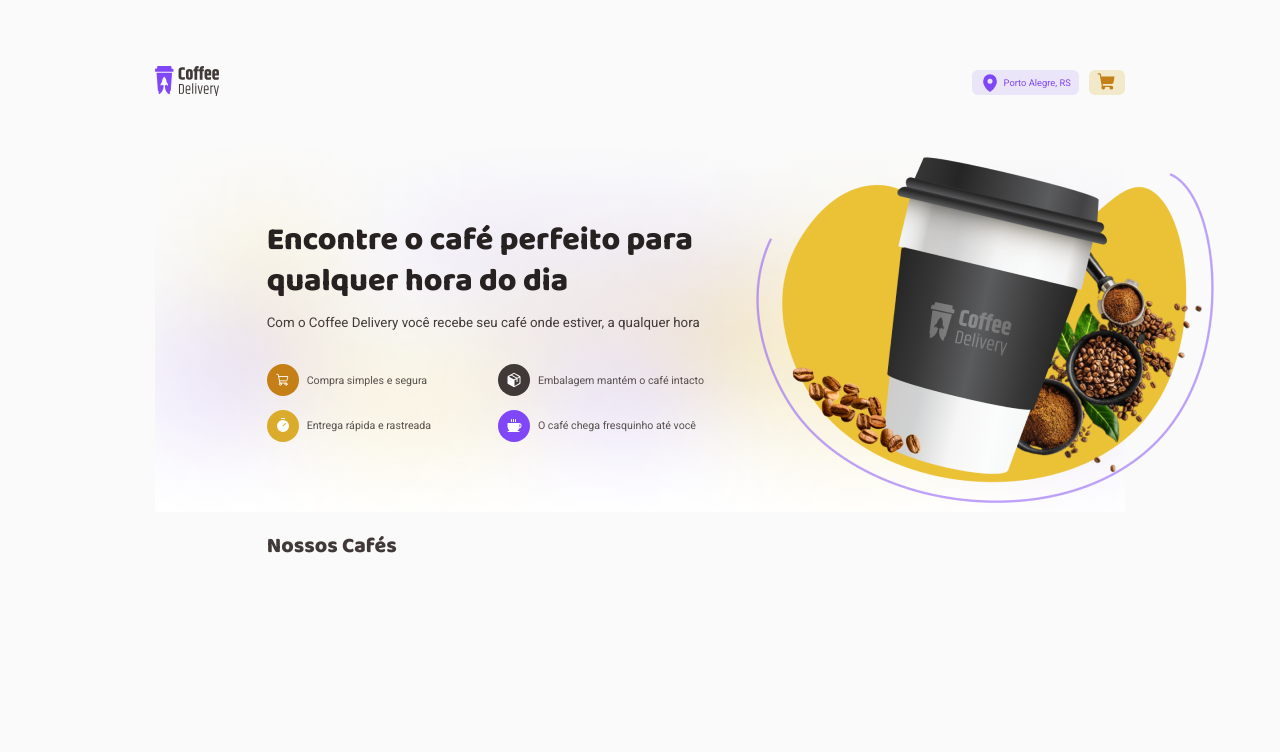
Repository: guilhermecardoso93/react-coffee-delivery
Page: /
The author's editor kept a copy of each file at every save. The page is drawn from the files as they stood at one save, then again after a run of saves.
The browser window is 1280 px wide. The pictures show the whole page.
The project was rebuilt for these pictures with package versions that can differ from the ones it lists, and the page was loaded fresh each time. Also part of the build but not shown: vite.config.ts, src/pages/CompleteOrder/styles.ts, src/pages/CompleteOrder/index.tsx.

Above is the page before, as saved 2022-07-18 08:13:05.

### index.html
<!DOCTYPE html>
<html lang="en">
  <head>
    <meta charset="UTF-8" />
    <link rel="icon" type="image/svg+xml" href="/src/assets/favicon.ico" />
    <link rel="preconnect" href="https://fonts.googleapis.com" />
    <link rel="preconnect" href="https://fonts.gstatic.com" crossorigin />
    <meta name="viewport" content="width=device-width, initial-scale=1.0" />
    <link
      href="https://fonts.googleapis.com/css2?family=Baloo+2:wght@700;800&family=Roboto:wght@400;500;700&display=swap"
      rel="stylesheet"
    />
    <title>Coffee Delivery - Rocketseat</title>
  </head>
  <body>
    <div id="root"></div>
    <script type="module" src="/src/main.tsx"></script>
  </body>
</html>

### src/App.tsx
import { ThemeProvider } from "styled-components";
import { defaultTheme } from "./styles/themes/default";
import { GlobalStyle } from "./styles/global";
import { Router } from "./Router";
import { BrowserRouter } from "react-router-dom";

export function App() {
  return (
    <ThemeProvider theme={defaultTheme}>
      <BrowserRouter>
        <Router />
        <GlobalStyle />
      </BrowserRouter>
    </ThemeProvider>
  );
}

### src/styles/themes/default.ts
export const defaultTheme = {
  colors: {
    "white": "#FFFFFF",
    "base-background": "#FAFAFA",
    "base-card": "#F3F2F2",
    "base-input": "#EDEDED",
    "base-button": "#E6E5E5",
    "base-hover": "#D7D5D5",
    "base-label": "#8D8686",
    "base-text": "#574F4D",
    "base-subtitle": "#403937",
    "base-title": "#272221",
    "base-error": "#f84747",
    "brand-purple-dark": "#4B2995",
    "brand-purple": "#8047F8",
    "brand-purple-light": "#EBE5F9",
    "brand-yellow-dark": "#C47F17",
    "brand-yellow": "#DBAC2C",
    "brand-yellow-light": "#F1E9C9"
  },
  textSizes: {
    "title-title-xl": "3rem",
    "title-title-l": "2rem",
    "title-title-m": "1.5rem",
    "title-title-s": "1.2rem",
    "title-title-xs": "1.125rem",
    "text-regular-l": "1.25rem",
    "text-bold-l": "1.25rem",
    "text-regular-m": "1rem",
    "text-bold-m": "1rem",
    "text-regular-s": "0.875rem",
    "text-bold-s": "0.75rem",
    "components-tag": "0.625rem",
    "components-button-g": "0.875rem",
    "components-button-s": "0.75rem",
  },
  fonts: {
    regular: "'Roboto'",
    title: "'Baloo 2'",
  },
};

### src/styles/global.ts
import { createGlobalStyle } from "styled-components";
import { px2vw } from "../utils/px2vw";

export const GlobalStyle = createGlobalStyle`
  * {
    margin: 0;
    padding: 0;
    box-sizing: border-box;
    outline: none;
  }
  :root {
      font-size: ${px2vw(16)};

      @media (min-width: 768px) {
        font-size: ${px2vw(14)};
      }

      @media (min-width: 1024px) {
        font-size: ${px2vw(12)};
      }
    }
  body {
    background: ${({ theme }) => theme.colors["base-background"]};
    color: ${({ theme }) => theme.colors["base-text"]};
    -webkit-font-smoothing: antialiased;
  }
  body, input, textarea, button {
    font-family: 'Roboto', sans-serif;
    font-weight: 400;
    font-size: 1rem;
  }
  button {
    cursor: pointer;
  }
  a {
    text-decoration: none;
  }
  input::-webkit-outer-spin-button,
  input::-webkit-inner-spin-button {
    -webkit-appearance: none;
    margin: 0;
  }
  input[type="number"] {
    -moz-appearance: textfield;
  }
  ::-webkit-scrollbar {
    width: 0.4rem;
  }
  ::-webkit-scrollbar-track {
    background: ${({ theme }) => theme.colors["base-button"]}
  }
  ::-webkit-scrollbar-thumb {
    border-radius: 2rem;
    background: ${({ theme }) => theme.colors["brand-purple"]}
  }
`;

### src/Router.tsx
import { Route, Routes } from "react-router-dom";
import { DefaultLayout } from "./layouts/DefaultLayout";
import { CompleteOrder } from "./pages/CompleteOrder";
import { Home } from "./pages/Home";

export function Router() {
  return (
    <Routes>
      <Route path="/" element={<DefaultLayout />}>
        <Route path="/" element={<Home />} />
        <Route path="/completeorder" element={<CompleteOrder />} />
      </Route>
    </Routes>
  );
}

### src/utils/px2vw.ts
export const px2vw = (size: number, width = 1440) => `${(size / width) * 100}vw`;

### src/pages/Home/index.tsx
import { useTheme } from "styled-components";
import { Intro } from "./Intro";
import { Menu } from "./Menu";
import { HomeContainer } from "./styles";

interface BenefitItemProps {
  iconBg?: string;
}

export function Home({ iconBg }: BenefitItemProps) {

  return (
    <HomeContainer>
      <Intro />
      <Menu/>
    </HomeContainer>
  );
}

### src/components/Header/index.tsx
import { MapPin, ShoppingCart } from "phosphor-react";
import { NavLink } from "react-router-dom";
import Logo from "../../assets/logo.svg";
import { HeaderButton, HeaderButtonBase, HeaderContainer } from "./styles";

export function Header() {
  return (
    <HeaderContainer>
      <div>
        <NavLink to="/">
          <img
            src={Logo}
            alt="Coffee Delivery Logo - copo de café escrito delivery"
          />
        </NavLink>
      </div>
      <div>
        <HeaderButton>
          <HeaderButtonBase variant="purple">
            <MapPin size={20} weight="fill" />
            Porto Alegre, RS
          </HeaderButtonBase>
          <HeaderButtonBase variant="yellow">
            <NavLink to="/completeorder">
              <ShoppingCart size={20} weight="fill" />
            </NavLink>
          </HeaderButtonBase>
        </HeaderButton>
      </div>
    </HeaderContainer>
  );
}

### src/layouts/DefaultLayout/styles.ts
import styled from "styled-components";

export const LayoutContainer = styled.div`
  max-width: 80vw;
  height: calc(100vh - 1rem);
  margin: 2rem auto;
  padding: 2.5rem;
  gap: 3rem;

  display: flex;
  flex-direction: column;



  .container {
    width: 100%;
    max-width: 70rem;
    margin-right:auto;
    margin-left: auto;
  }
`;

### src/pages/Home/Intro/index.tsx
import { Coffee, MapPin, Package, ShoppingCart, Timer } from "phosphor-react";
import { RegularText } from "../../../components/Texts";
import { useTheme } from "styled-components";
import CoffeHome from "../../../assets/intro-img.png";
import {
  BenefitsContainer,
  IconList,
  IntroContainer,
  IntroContent,
  IntroTitle,
  CoffeeImgHome
} from "./styles";

interface BenefitItemProps {
  iconBg?: string;
}

export function Intro({ iconBg }: BenefitItemProps) {
  const { colors } = useTheme();

  return (
    <IntroContainer>
      <IntroContent className="container">
        <div>
          <section>
            <IntroTitle size="xl">
              Encontre o café perfeito para qualquer hora do dia
            </IntroTitle>
            <RegularText
              as="h3"
              size="l"
              color="subtitle"
              className="regularText"
            >
              Com o Coffee Delivery você recebe seu café onde estiver, a
              qualquer hora
            </RegularText>
          </section>
          <BenefitsContainer>
            <IconList iconBg={colors["brand-yellow-dark"]} className="area01">
              <div>
                <ShoppingCart size={14} />
              </div>
              <p>Compra simples e segura</p>
            </IconList>
            <IconList iconBg={colors["base-subtitle"]} className="area02">
              <div>
                <Package size={16} weight="fill" />
              </div>
              <p>Embalagem mantém o café intacto</p>
            </IconList>
            <IconList iconBg={colors["brand-yellow"]} className="area03">
              <div>
                <Timer size={16} weight="fill" />
              </div>
              <p>Entrega rápida e rastreada</p>
            </IconList>
            <IconList iconBg={colors["brand-purple"]} className="area04">
              <div>
                <Coffee size={16} weight="fill" />
              </div>
              <p>O café chega fresquinho até você</p>
            </IconList>
          </BenefitsContainer>
        </div>
      </IntroContent>
      <CoffeeImgHome>
        <img src={CoffeHome} />
      </CoffeeImgHome>
    </IntroContainer>
  );
}

### src/pages/Home/Menu/index.tsx
import { TitleText } from "../../../components/Texts";
import { MenuCard } from "../MenuCard";
import { MenuContainer } from "./styles";

export function Menu() {
  return (
    <MenuContainer>
      <TitleText size="l" color="subtitle" className="container">
        Nossos Cafés
      </TitleText>
      <MenuCard/>
    </MenuContainer>
  );
}

### src/pages/Home/styles.ts
import styled from "styled-components";

export const HomeContainer = styled.main`
  margin-bottom: 4.8rem;
  overflow: hidden;

`;

### src/components/Header/styles.ts
import styled, { css } from "styled-components";

export const HeaderContainer = styled.header`
  width: 100%;
  display: flex;
  align-items: center;
  justify-content: space-between;
  height: 6.5rem;
  background: ${({ theme }) => theme.colors["base-background"]};
  position: sticky;
  top: 0;
  left: 0;
  z-index: 5;

  img {
    width:6rem;
  }
`;

export const HeaderButton = styled.div`
  display: flex;
  align-items: center;
  justify-content: center;
  gap: 1rem;
`;

interface HeaderButtonProps {
  variant: "purple" | "yellow";
}

export const HeaderButtonBase = styled.div<HeaderButtonProps>`
  display: flex;
  justify-content: center;
  align-items: center;
  padding: 8px;
  gap: 4px;
  border-radius: 6px;
  border: none;
  min-width: 2.3rem;
  height: 2.3rem;
  position: relative;
  font-size: 0.875rem;

  ${({ variant, theme }) =>
    variant === "purple" &&
    css`
      background-color: ${theme.colors[`brand-${variant}-light`]};
      color: ${theme.colors[`brand-${variant}`]};
    `}

  ${({ variant, theme }) =>
    variant === "yellow" &&
    css`
      background-color: ${theme.colors[`brand-${variant}-light`]};
      svg {
        color: ${theme.colors[`brand-${variant}-dark`]};
      }
    `}
`;

### src/components/Texts.ts
import styled from "styled-components";

interface TitleTextProps {
  size?: "xl" | "l" | "m" | "s" | "xs";
  color?: "title" | "subtitle" | "text";
  weight?: string | number;
}

interface RegularTextProps {
  size?: "l" | "m" | "s";
  color?: "text" | "subtitle" | "label";
  weight?: string | number;
}

export const TitleText = styled.h1<TitleTextProps>`
  color: ${({ theme, color }) => theme.colors[`base-${color ?? "title"}`]};
  font-size: ${({ theme, size }) =>
    theme.textSizes[`title-title-${size ?? "m"}`]};
  font-family: ${({ theme }) => theme.fonts.title};
  line-height: 130%;
  font-weight: ${({ weight }) => weight ?? 800};
`;

export const RegularText = styled.p<RegularTextProps>`
  color: ${({ theme, color }) => theme.colors[`base-${color ?? "text"}`]};
  font-size: ${({ theme, size }) =>
    theme.textSizes[`text-regular-${size ?? "m"}`]};
  line-height: 130%;
  font-weight: ${({ weight }) => weight ?? 400};
`;

### src/pages/Home/Intro/styles.ts
import styled from "styled-components";
import background from "../../../assets/intro-background.png";
import { rgba } from "polished";
import { TitleText } from "../../../components/Texts";

interface IconsContainerProps {
  iconBg: string;
}

export const IntroContainer = styled.section`
  width: 100%;
  height: 34rem;
  padding: 0.5rem;
  background: ${({ theme }) => `url(${background}) no-repeat center,
      linear-gradient(
        0deg,
        ${theme.colors["white"]} 0%,
        ${rgba(theme.colors["base-background"], 0.2)} 50%,
        ${theme.colors["base-background"]} 100%
      )`};
  background-size: cover;
  display: flex;

  align-items: center;
  justify-content: center;
`;

export const IntroContent = styled.div`
  width: 80%;
  display: flex;
  align-items: center;
  justify-content: space-between;
  gap: 1.5rem;

  .regularText {
    width: 60%;
  }
`;
export const IntroTitle = styled(TitleText)`
  width: 60%;
  margin-bottom: 1rem;
`;

export const BenefitsContainer = styled.div`
  width: 63%;
  display: grid;
  grid-template-columns: 1fr 1fr;
  row-gap: 1.25rem;
  margin-top: 3.125rem;
`;

export const IconList = styled.span<IconsContainerProps>`
  display: flex;
  align-items: center;
  gap: 0.75rem;

  div {
    display: flex;
    flex-direction: row;
    justify-content: center;
    align-items: center;
    padding: 8px;
    gap: 8px;
    background: ${({ iconBg }) => iconBg};
    width: 32px;
    height: 32px;
    color: ${(props) => props.theme.colors["white"]};
    border-radius: 50%;
    border: none;
  }
  p {
    color: ${(props) => props.theme.colors["base-text"]};
  }
`;

export const CoffeeImgHome = styled.div`
  display: flex;
  align-items: center;
  justify-content: center;

  img {
    position: absolute;
    z-index: 1;
    left: 70rem;
  }
`;

### src/pages/Home/MenuCard/index.tsx
import { TitleText } from "../../../components/Texts";
import { ShoppingCart } from "phosphor-react";
import { MenuCardContainer } from "./styles";

export function MenuCard() {
  return (
    <MenuCardContainer>

    </MenuCardContainer>
  );
}

### src/pages/Home/Menu/styles.ts
import styled from "styled-components";

export const MenuContainer = styled.section`
  width: 100%;
  margin-top: 2rem;
`;

export const MenuList = styled.div`
  width: 100%;
  display: grid;
  grid-template-columns: repeat(4, 1fr);
  column-gap: 2rem;
  row-gap: 2.5rem;
  margin-top: 3.5rem;
`;

### src/pages/Home/MenuCard/styles.ts
import styled from "styled-components";

export const MenuCardContainer = styled.section`
  `

Loaded but not shown: src/main.tsx (common file); src/layouts/DefaultLayout/index.tsx (common file)

After the next 2 saves:
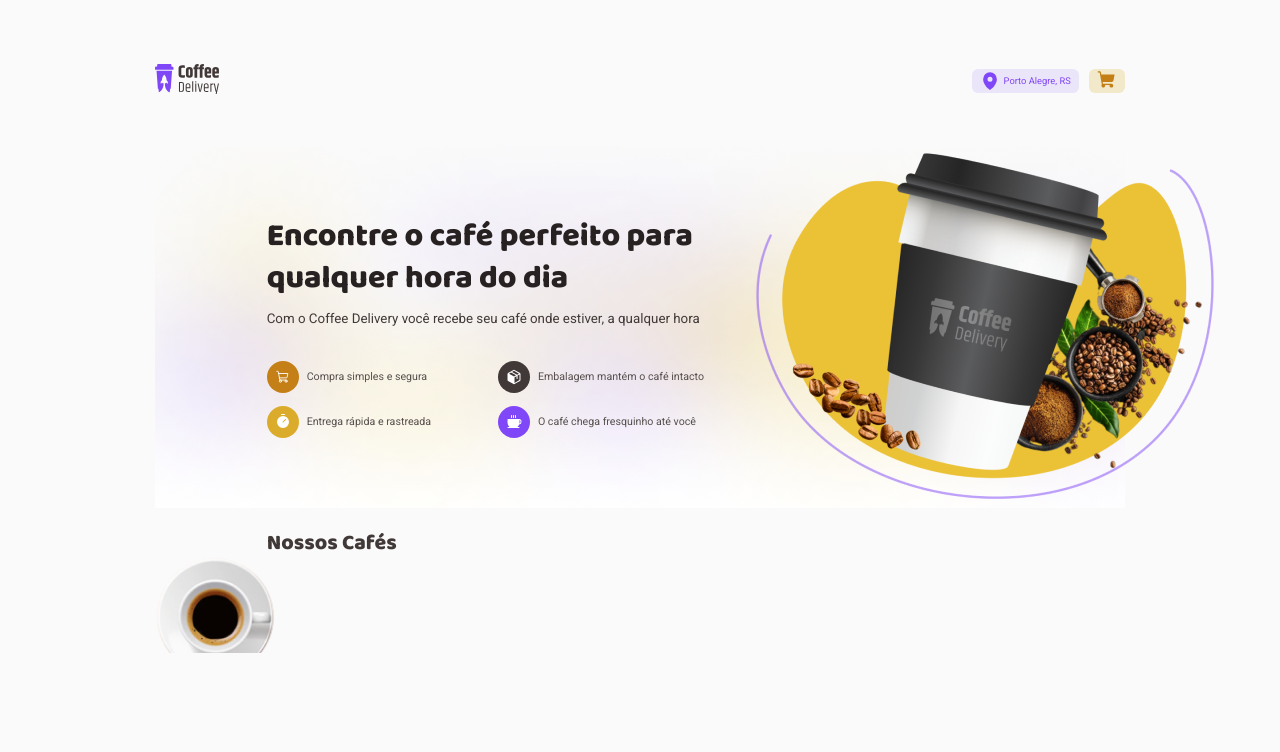
The 2 saves are shown as one change because they came seconds apart.
The last was saved 2 min 36 s later.
--- a/src/pages/Home/MenuCard/index.tsx
+++ b/src/pages/Home/MenuCard/index.tsx
@@ -1,11 +1,12 @@
 import { TitleText } from "../../../components/Texts";
 import { ShoppingCart } from "phosphor-react";
 import { MenuCardContainer } from "./styles";
+import CoffeImg1 from '../../../assets/coffee.png'
 
 export function MenuCard() {
   return (
     <MenuCardContainer>
-
+      <img src={CoffeImg1}/>
     </MenuCardContainer>
   );
 }
